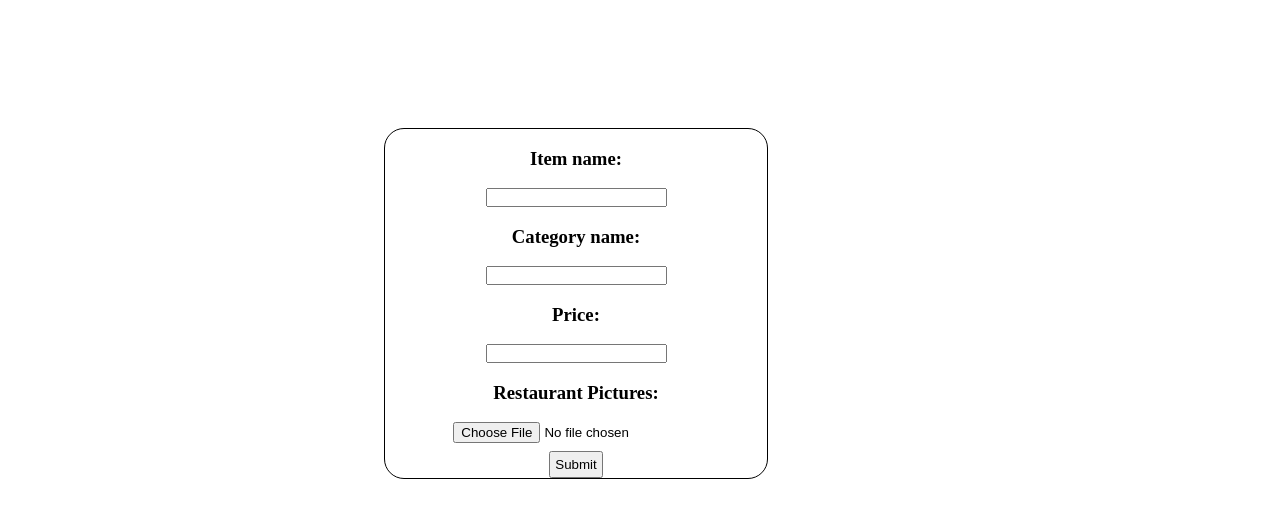
Repository: jatannoury/Ecommerce-Laravel-Electron
Page: Admin-electron/src/HTML/add_item.html
These files come from the project's save history. The page is drawn as it stood at one moment and after the next save; the edit follows.
The browser window is 1280 px wide. The pictures show the whole page.

Above is the page before, as saved 2022-06-10 22:58:58.

After the next save:
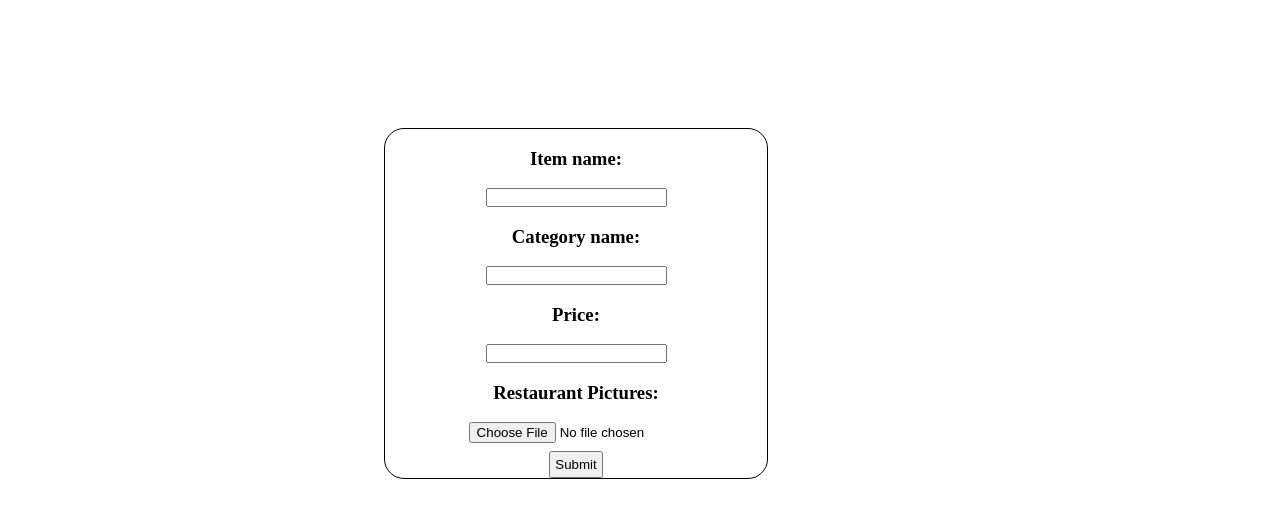
Saved 4 s later.
--- a/Admin-electron/src/CSS/styles.css
+++ b/Admin-electron/src/CSS/styles.css
@@ -42,5 +42,5 @@ form {
 }
 
 .two{
-    margin-left: 2%;
+    margin-left: 10%;
 }
